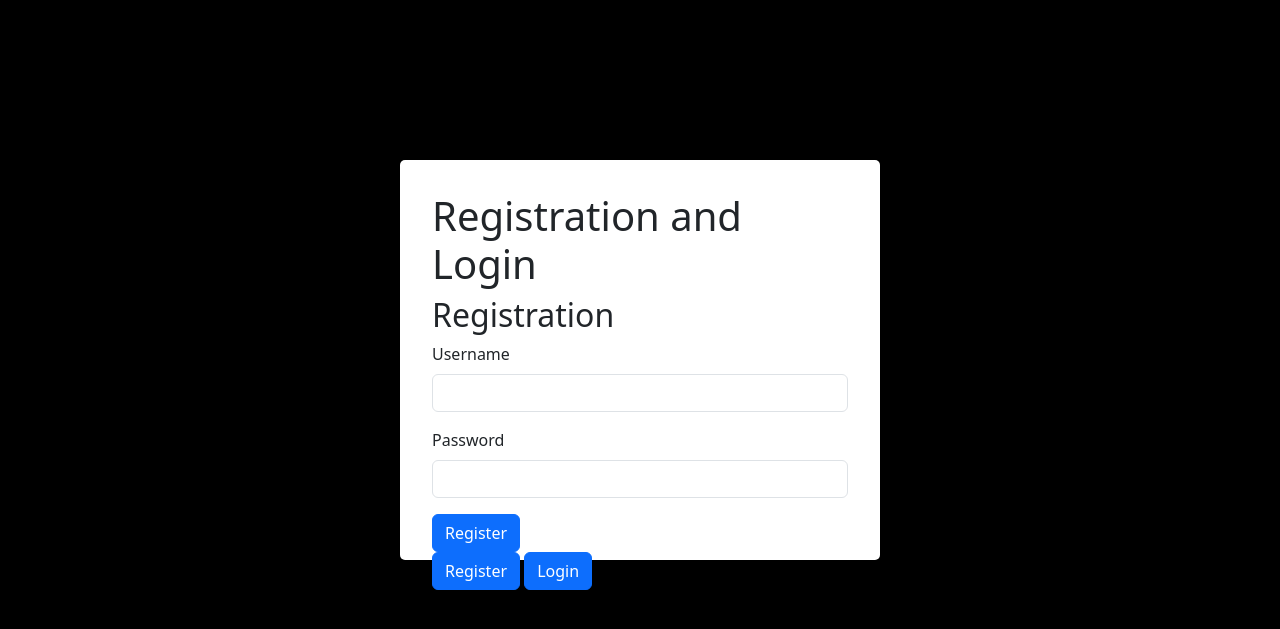
Repository: tran-thien-nhan/quiz_tlln
Page: sign_in_log_in.html
An editor plug-in stored every save of this project. The page is shown before and after the next save, followed by the edit.
The browser window is 1280 px wide. The pictures show the whole page.
After loading, the first visible `#registerBtn` was clicked once.

Above is the page before, as saved 2023-06-27 15:55:03.

### sign_in_log_in.html
<!DOCTYPE html>
<html lang="en">

<head>
  <meta charset="UTF-8">
  <meta name="viewport" content="width=device-width, initial-scale=1.0">
  <link rel="stylesheet" href="https://cdn.jsdelivr.net/npm/bootstrap@5.3.0/dist/css/bootstrap.min.css">
  <style>
    body {
      background-color: black;
      display: flex;
      justify-content: center;
      align-items: center;
      height: 100vh;
    }

    .container {
      background-color: #fff;
      padding: 2rem;
      width: 30rem;
      height: 25rem;
      border-radius: 5px;
    }

    .form-group {
      display: none;
    }
  </style>
  <title>Registration and Login</title>
</head>

<body>
  <div class="container">
    <h1>Registration and Login</h1>
    <div id="registration-form" class="form-group">
      <h2>Registration</h2>
      <form id="registerForm">
        <div class="mb-3">
          <label for="registerUsername" class="form-label">Username</label>
          <input type="text" class="form-control" id="registerUsername" required>
        </div>
        <div class="mb-3">
          <label for="registerPassword" class="form-label">Password</label>
          <input type="password" class="form-control" id="registerPassword" required>
        </div>
        <button id="regis-btn" type="submit" class="btn btn-primary">Register</button>
      </form>
    </div>

    <div id="login-form" class="form-group">
      <h2>Login</h2>
      <form id="loginForm">
        <div class="mb-3">
          <label for="loginUsername" class="form-label">Username</label>
          <input type="text" class="form-control" id="loginUsername" required>
        </div>
        <div class="mb-3">
          <label for="loginPassword" class="form-label">Password</label>
          <input type="password" class="form-control" id="loginPassword" required>
        </div>
        <button id="login-btn" type="submit" class="btn btn-primary">Login</button>
      </form>
    </div>

    <div id="button-group">
      <button id="registerBtn" class="btn btn-primary">Register</button>
      <button id="loginBtn" class="btn btn-primary">Login</button>
    </div>
  </div>

  <script>
    // Function to set a cookie
    function setCookie(name, value, days) {
      var expires = "";
      if (days) {
        var date = new Date();
        date.setTime(date.getTime() + (days * 24 * 60 * 60 * 1000));
        expires = "; expires=" + date.toUTCString();
      }
      document.cookie = name + "=" + (value || "") + expires + "; path=/";
    }

    // Function to get a cookie value
    function getCookie(name) {
      var nameEQ = name + "=";
      var ca = document.cookie.split(';');
      for (var i = 0; i < ca.length; i++) {
        var c = ca[i];
        while (c.charAt(0) == ' ') {
          c = c.substring(1, c.length);
        }
        if (c.indexOf(nameEQ) == 0) {
          return c.substring(nameEQ.length, c.length);
        }
      }
      return null;
    }

    // Function to delete a cookie
    function deleteCookie(name) {
      document.cookie = name + '=; expires=Thu, 01 Jan 1970 00:00:01 GMT; path=/;';
    }

    // Show registration form and hide login form
    function showRegistrationForm() {
      document.getElementById("registration-form").style.display = "block";
      document.getElementById("login-form").style.display = "none";
      document.getElementById("login-btn").style.display = "none";
    }

    // Show login form and hide registration form
    function showLoginForm() {
      document.getElementById("registration-form").style.display = "none";
      document.getElementById("login-form").style.display = "block";
      document.getElementById("regis-btn").style.display = "none";
    }

    // Registration form submission handler
    document.getElementById("registerForm").addEventListener("submit", function (event) {
      event.preventDefault();
      var username = document.getElementById("registerUsername").value;
      var password = document.getElementById("registerPassword").value;
      setCookie("username", username, 7);
      setCookie("password", password, 7);
      alert("Registration successful!");
    });

    // Login form submission handler
    document.getElementById("loginForm").addEventListener("submit", function (event) {
      event.preventDefault();
      var username = document.getElementById("loginUsername").value;
      var password = document.getElementById("loginPassword").value;
      var storedUsername = getCookie("username");
      var storedPassword = getCookie("password");
      if (username === storedUsername && password === storedPassword) {
        alert("Login successful!");
        window.location.href = "index.html"; // Chuyển hướng sang trang index.html
      } else {
        alert("Invalid username or password.");
      }
    });

    // Button click event handlers
    document.getElementById("registerBtn").addEventListener("click", showRegistrationForm);
    document.getElementById("loginBtn").addEventListener("click", showLoginForm);
  </script>
</body>

</html>

After the next save:
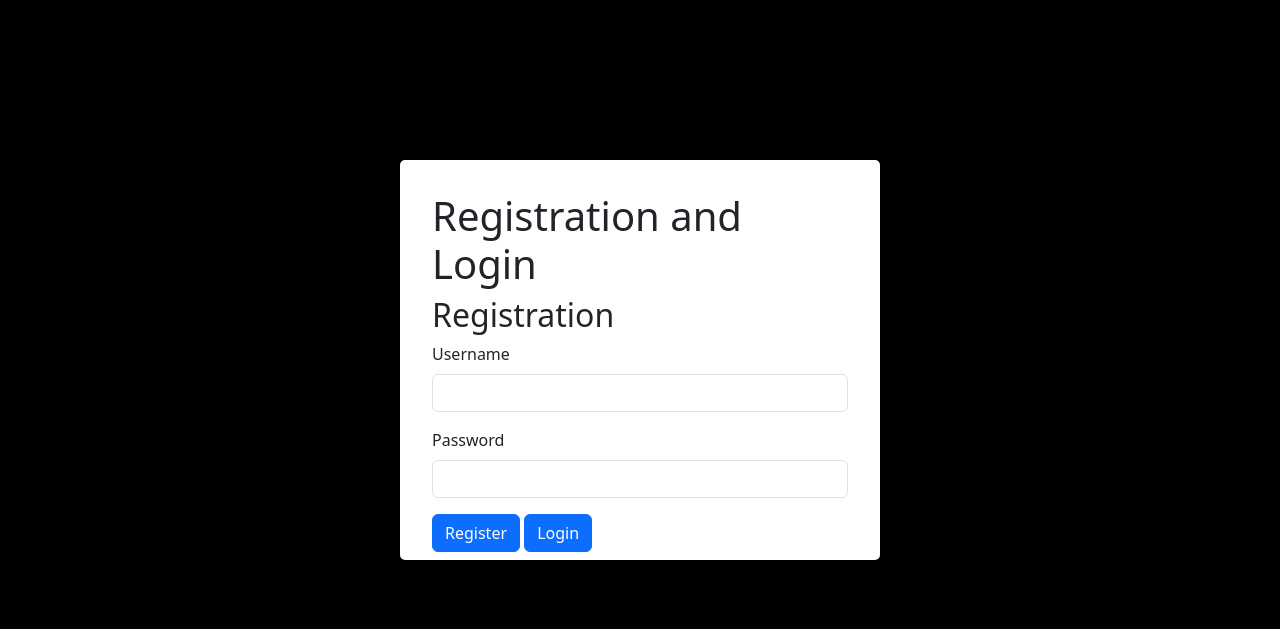
Saved 88 s later.
--- a/sign_in_log_in.html
+++ b/sign_in_log_in.html
@@ -105,14 +105,14 @@
     function showRegistrationForm() {
       document.getElementById("registration-form").style.display = "block";
       document.getElementById("login-form").style.display = "none";
-      document.getElementById("login-btn").style.display = "none";
+      document.getElementById("regis-btn").style.display = "none";
     }
 
     // Show login form and hide registration form
     function showLoginForm() {
       document.getElementById("registration-form").style.display = "none";
       document.getElementById("login-form").style.display = "block";
-      document.getElementById("regis-btn").style.display = "none";
+      document.getElementById("login-btn").style.display = "none";
     }
 
     // Registration form submission handler
